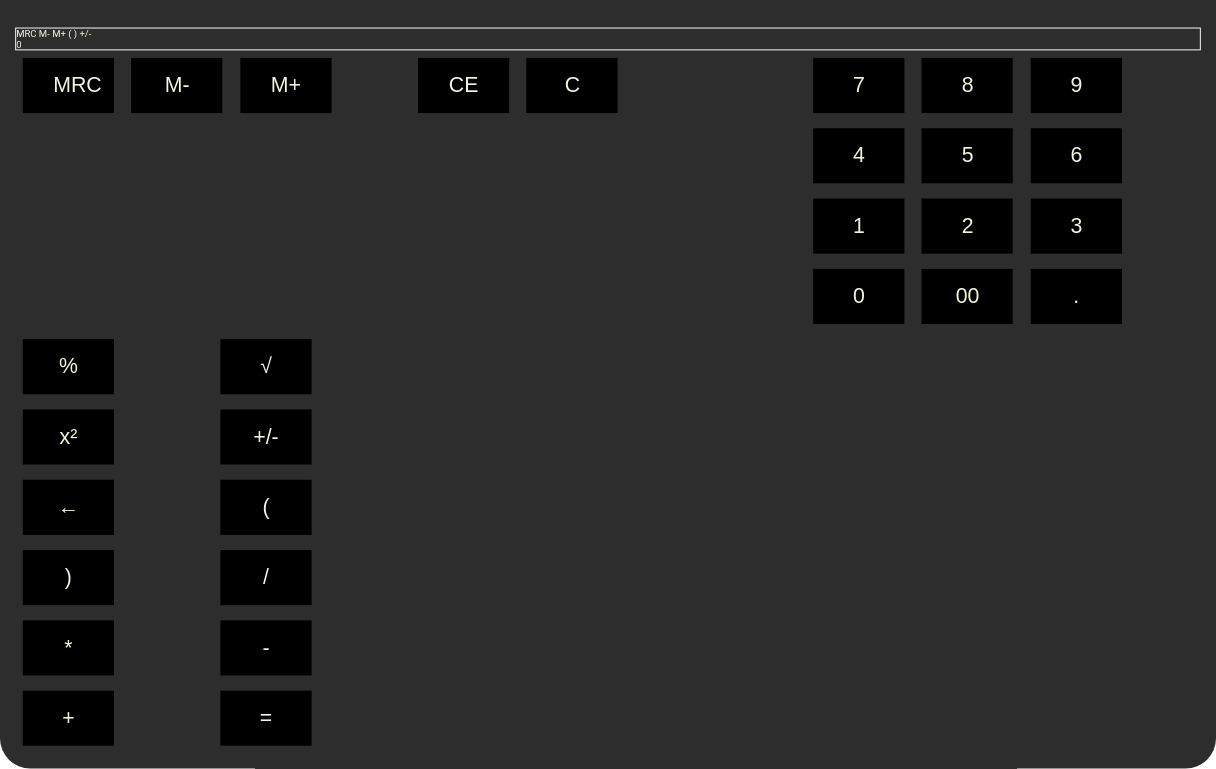
Repository: Denis793/CalculatorNew
Page: index.html
These files come from the project's save history. The page is drawn as it stood at one moment and after the next save; the edit follows.
The browser window is 1280 px wide. The pictures show the whole page, at 95% of full size.
The style sheet was rebuilt from its Sass, Less or Tailwind sources for each picture, by a compiler version that may differ from the author's.

Above is the page before, as saved 2025-05-17 17:56:43.

After the next save:
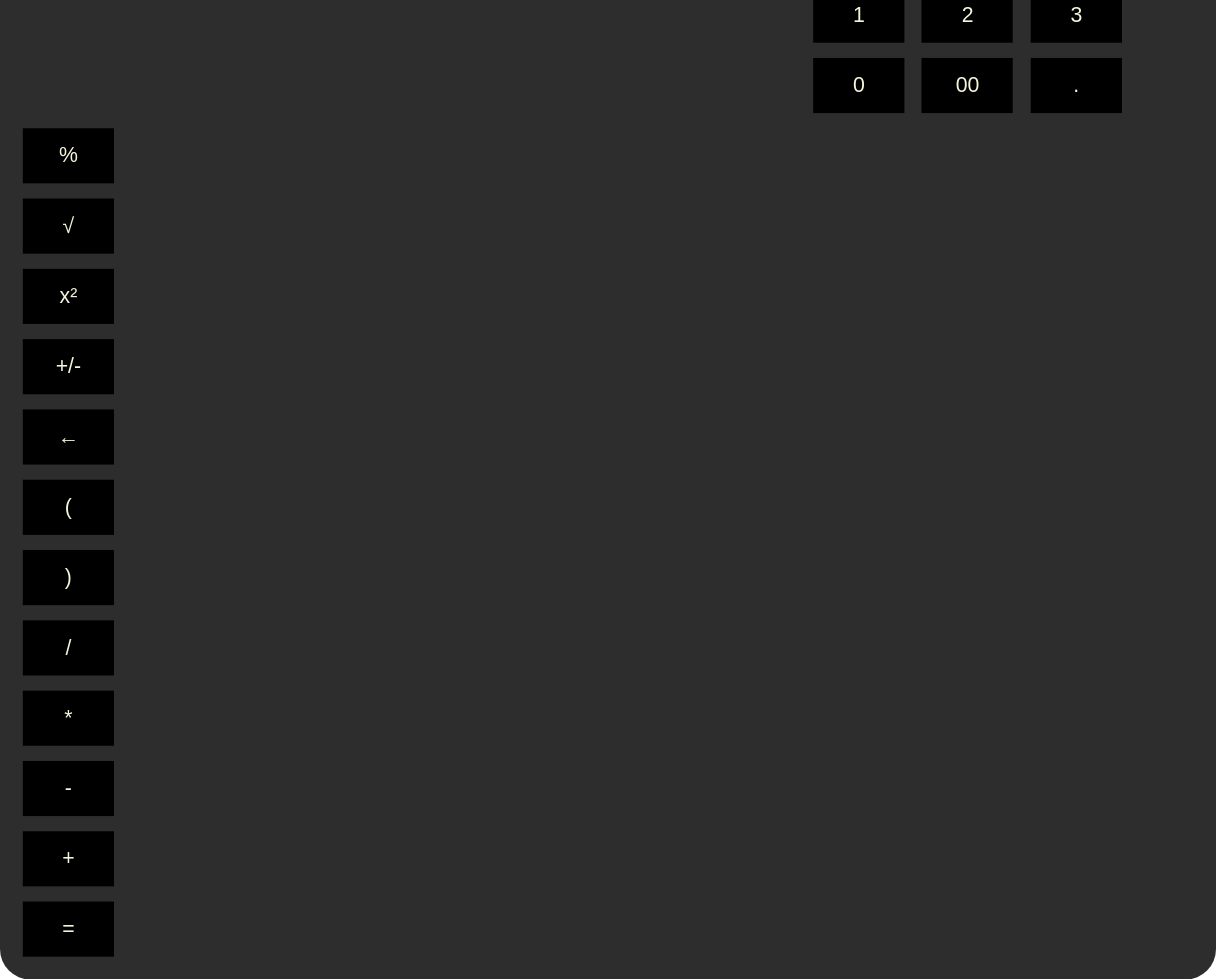
Saved 12 min 6 s later.
--- a/app/style/scss/main.scss
+++ b/app/style/scss/main.scss
@@ -52,6 +52,6 @@ button {
 
 .operationsBtn {
   display: grid;
-  grid-template-columns: repeat(2, 1fr);
+  grid-template-rows: repeat(2, 1fr);
   grid-area: 'operationsBtn';
 }
